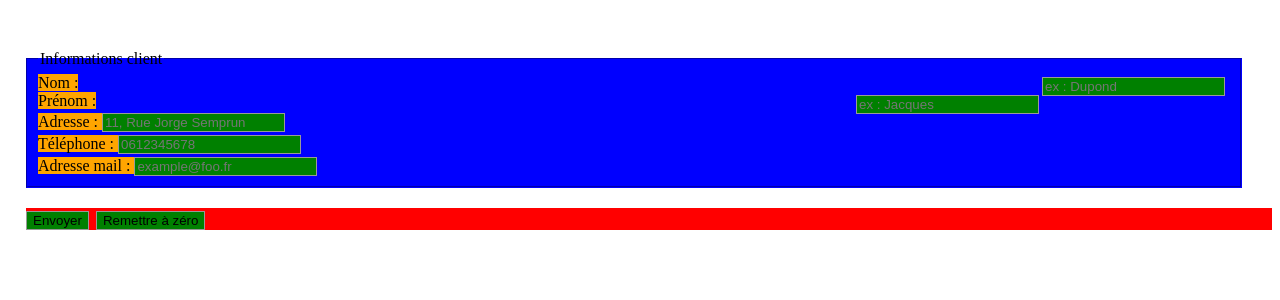
Repository: big73/NFE114
Page: http://localhost/Seance4-step1/
An editor plug-in stored every save of this project. The page is shown before and after the next save, followed by the edit.
The browser window is 1280 px wide. The pictures show the whole page.
The page is served by Tomcat 9.

Above is the page before, as saved 2015-12-30 14:36:36.

After the next save:
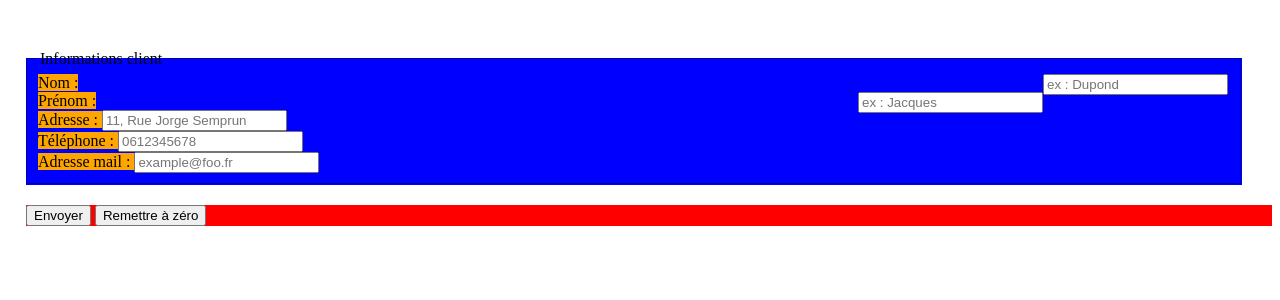
Saved 4 min 28 s later.
--- a/Seance4-step1/WebContent/css/style.css
+++ b/Seance4-step1/WebContent/css/style.css
@@ -15,12 +15,7 @@ fieldset {
     background-color: blue;
 }
 
-input
-{
-	margin: 3px 3px 0px 0px;
-    border: 1px #999 solid;
-    background-color: green;
-}
+
 
 .saisie
 {
